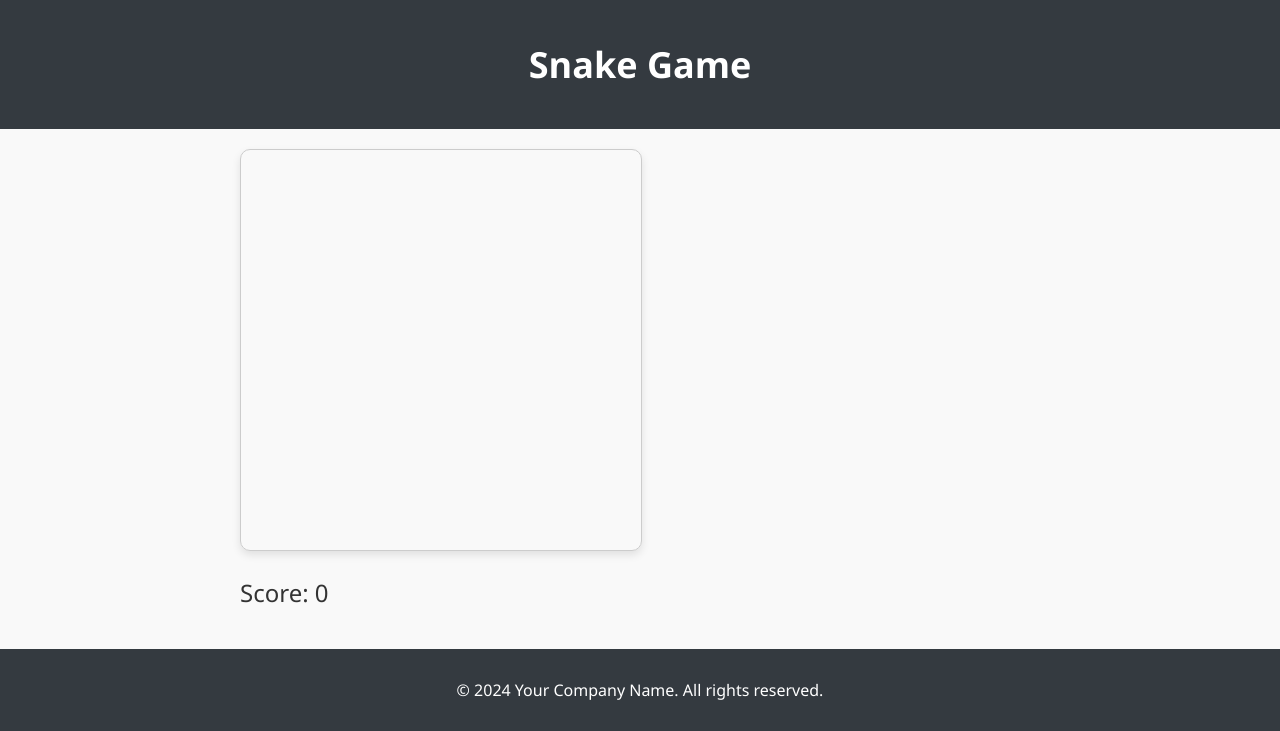
Repository: Taofeekolusola/Landing-page
Page: index.html
The author's editor kept a copy of each file at every save. The page is drawn from the files as they stood at one save, then again after a run of saves.
The browser window is 1280 px wide. The pictures show the whole page.

Above is the page before, as saved 2024-05-06 18:03:56.
Not found: script.js

After the next 2 saves:
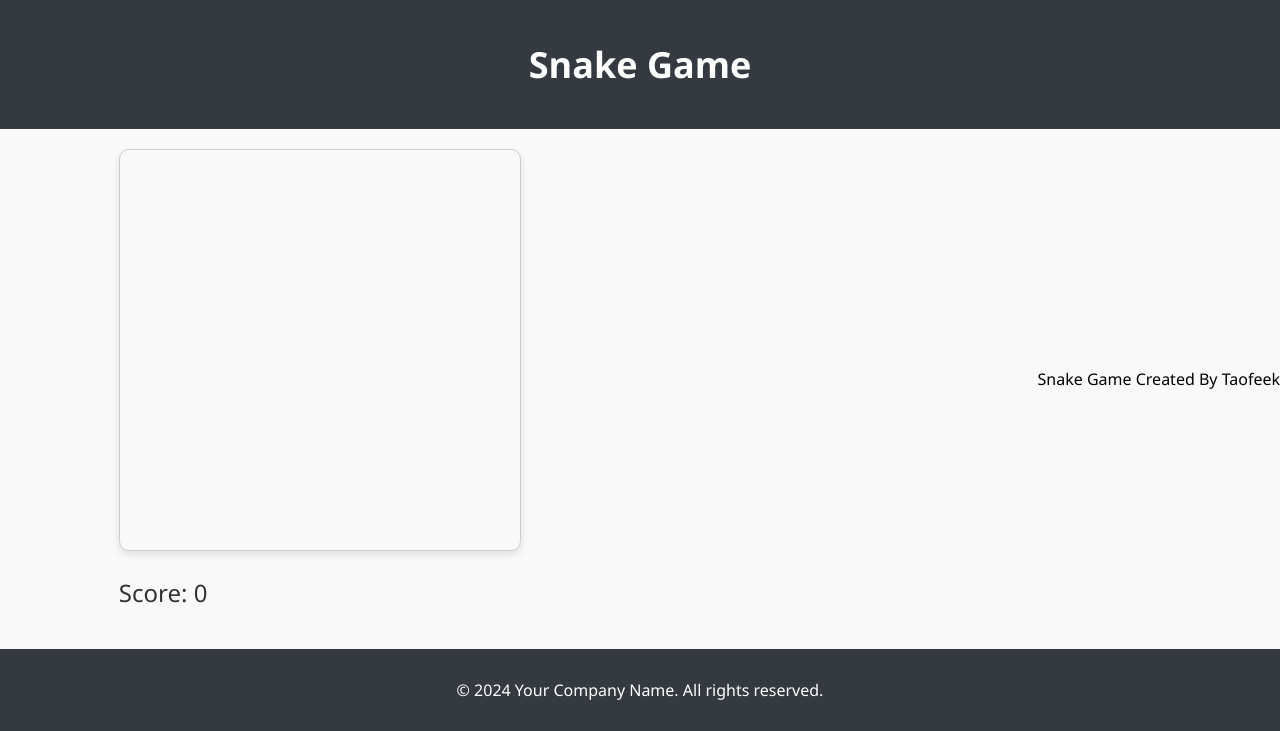
The 2 saves are shown as one change because they came seconds apart.
The last was saved 7 s later.
--- a/index.html
+++ b/index.html
@@ -17,6 +17,7 @@
             <canvas id="gameCanvas" width="400" height="400"></canvas>
             <div id="score">Score: 0</div>
         </div>
+        <div class="name">Snake Game Created By Taofeek</div>
     </main>
     <footer>
         <div class="container">

After the save that followed:
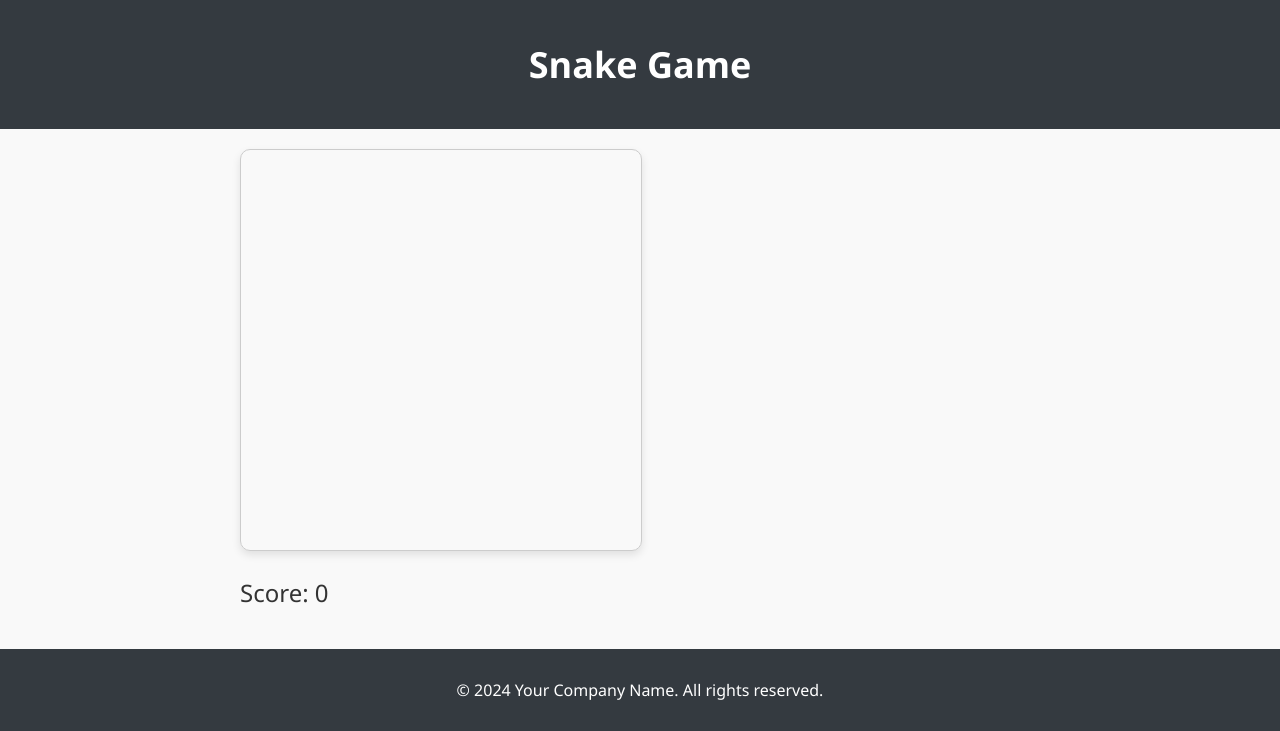
Saved 24 s later.
--- a/index.html
+++ b/index.html
@@ -17,7 +17,6 @@
             <canvas id="gameCanvas" width="400" height="400"></canvas>
             <div id="score">Score: 0</div>
         </div>
-        <div class="name">Snake Game Created By Taofeek</div>
     </main>
     <footer>
         <div class="container">
